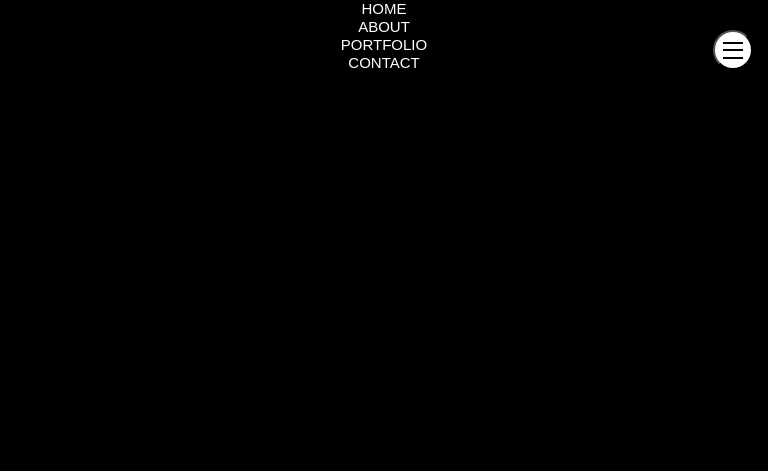
Repository: Seva2705/BurgerMenu
Page: index.html
An editor plug-in stored every save of this project. The page is shown before and after a run of saves, followed by the edit.
The browser window is 768 px wide. The pictures show the whole page.

Above is the page before, as saved 2023-08-15 13:44:25.

After the next 3 saves:
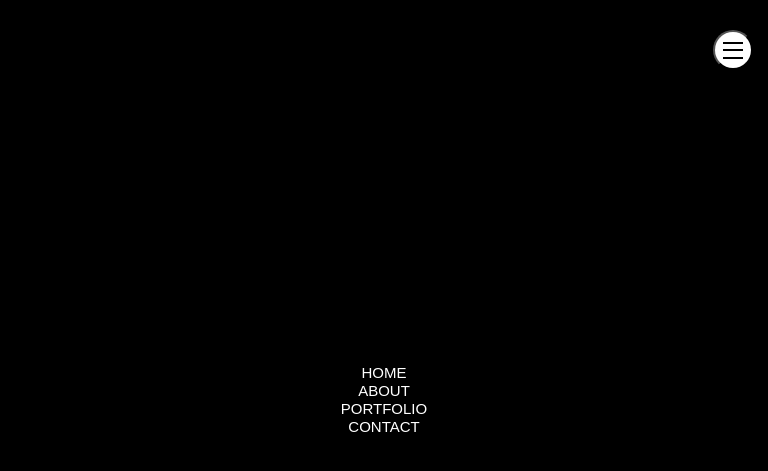
The 3 saves are shown as one change because they came seconds apart.
The last was saved 9 s later.
--- a/style.css
+++ b/style.css
@@ -110,7 +110,8 @@
         flex-direction: column;
         top: 0;
         left: 0;
-        justify-content: ;
+        justify-content: center ;
+        align-self: start;
 
     }
 
